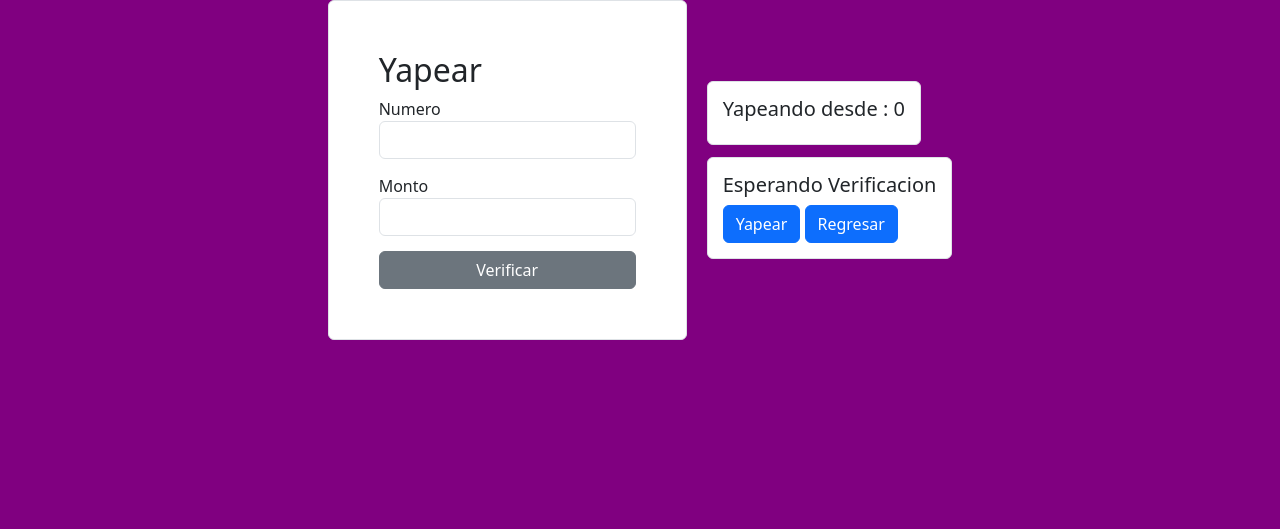
Repository: Gimblet/LP1_Proyecto_Yape
Page: http://localhost/Yape/Yapear.jsp
An editor plug-in stored every save of this project. The page is shown before and after the next save, followed by the edit.
The browser window is 1280 px wide. The pictures show the whole page.
The page is served by Tomcat 9. Queries for data that is not in the repository find no rows.

Above is the page before, as saved 2024-05-03 01:21:30.

After the next save:
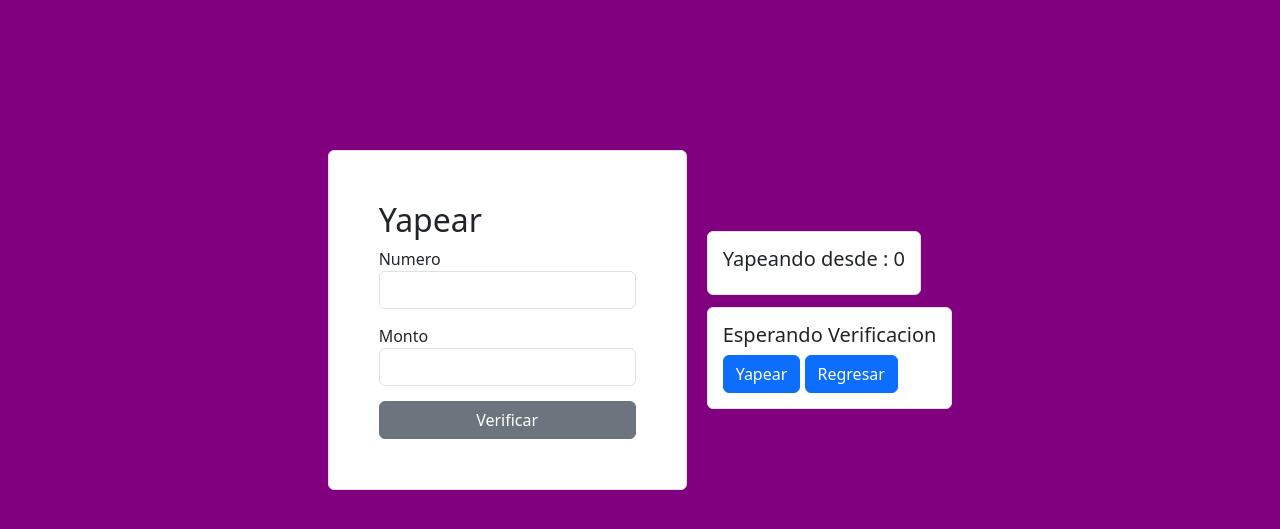
Saved 8 s later.
--- a/Yape/src/main/webapp/Yapear.jsp
+++ b/Yape/src/main/webapp/Yapear.jsp
@@ -28,7 +28,7 @@
             	margin: auto;
             	display: flex;
             	gap: 20px;
-            	margin-top: auto;
+            	margin-top: 150px;
             }
 
             aside{
